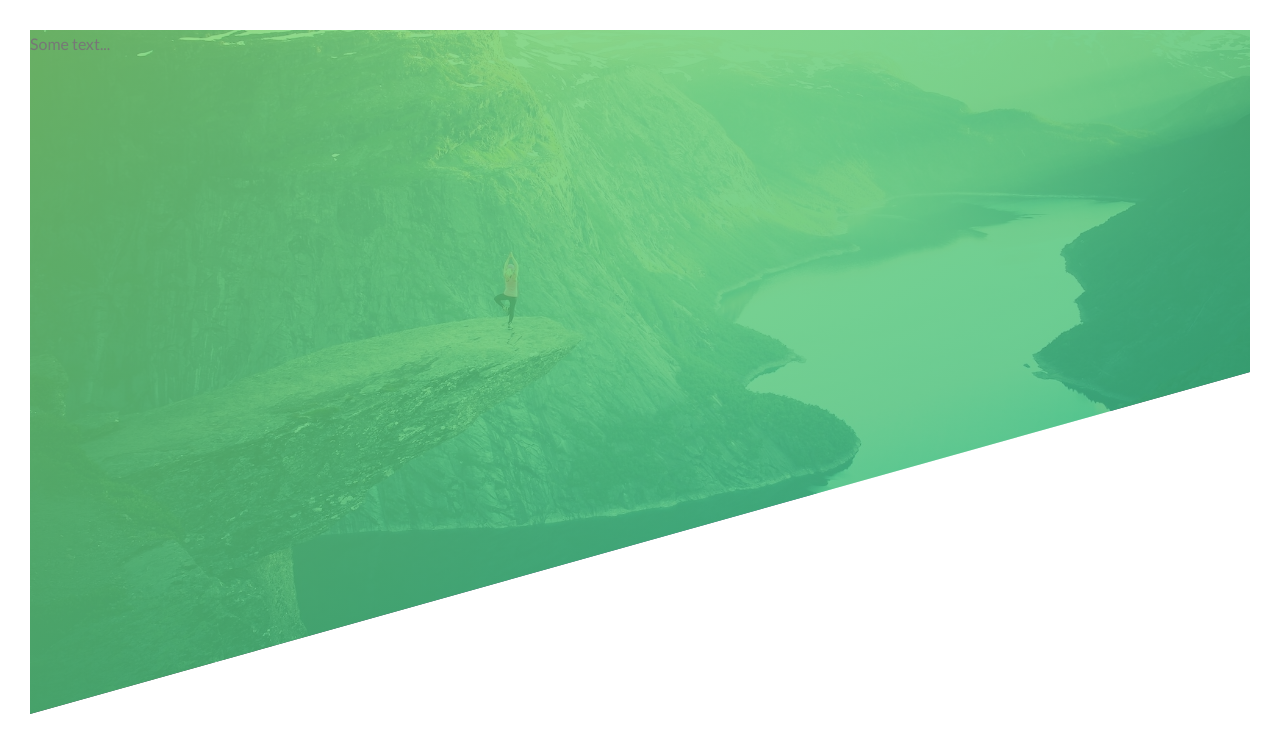
Repository: EGimenoS/natours
Page: index.html
These files come from the project's save history. The page is drawn as it stood at one moment and after the next save; the edit follows.
The browser window is 1280 px wide. The pictures show the whole page.

Above is the page before, as saved 2020-04-16 18:33:54.

### index.html
<!DOCTYPE html>
<html lang="en">
  <head>
    <meta charset="UTF-8" />
    <meta name="viewport" content="width=device-width, initial-scale=1.0" />

    <link
      href="https://fonts.googleapis.com/css?family=Lato:100,300,400,700,900"
      rel="stylesheet"
    />

    <link rel="stylesheet" href="css/icon-font.css" />
    <link rel="stylesheet" href="css/style.css" />
    <link rel="shortcut icon" type="image/png" href="img/favicon.png" />

    <title>Natours | Exciting tours for adventurous people</title>
  </head>
  <body>
    <header class="header">
      Some text...
    </header>
  </body>
</html>

### css/style.css
/*
COLORS:

Light green: #7ed56f
Medium green: #55c57a
Dark green: #28b485

*/

/* Reset */
* {
  margin: 0;
  padding: 0;
  box-sizing: border-box;
}

body {
  font-family: "Lato", sans-serif;
  font-weight: 400;
  font-size: 16px;
  line-height: 1.7;
  color: #777;
  padding: 30px;
}

.header {
  height: 95vh;
  background-image: linear-gradient(
      to right bottom,
      rgba(126, 213, 111, 0.8),
      rgba(40, 180, 131, 0.8)
    ),
    url("../img/hero.jpg");
  background-size: cover;
  background-position: top;
  clip-path: polygon(0 0, 100% 0, 100% 50%, 0 100%);
}

Loaded but not shown: css/icon-font.css (no copy from this time; the picture is the same without it)

After the next save:
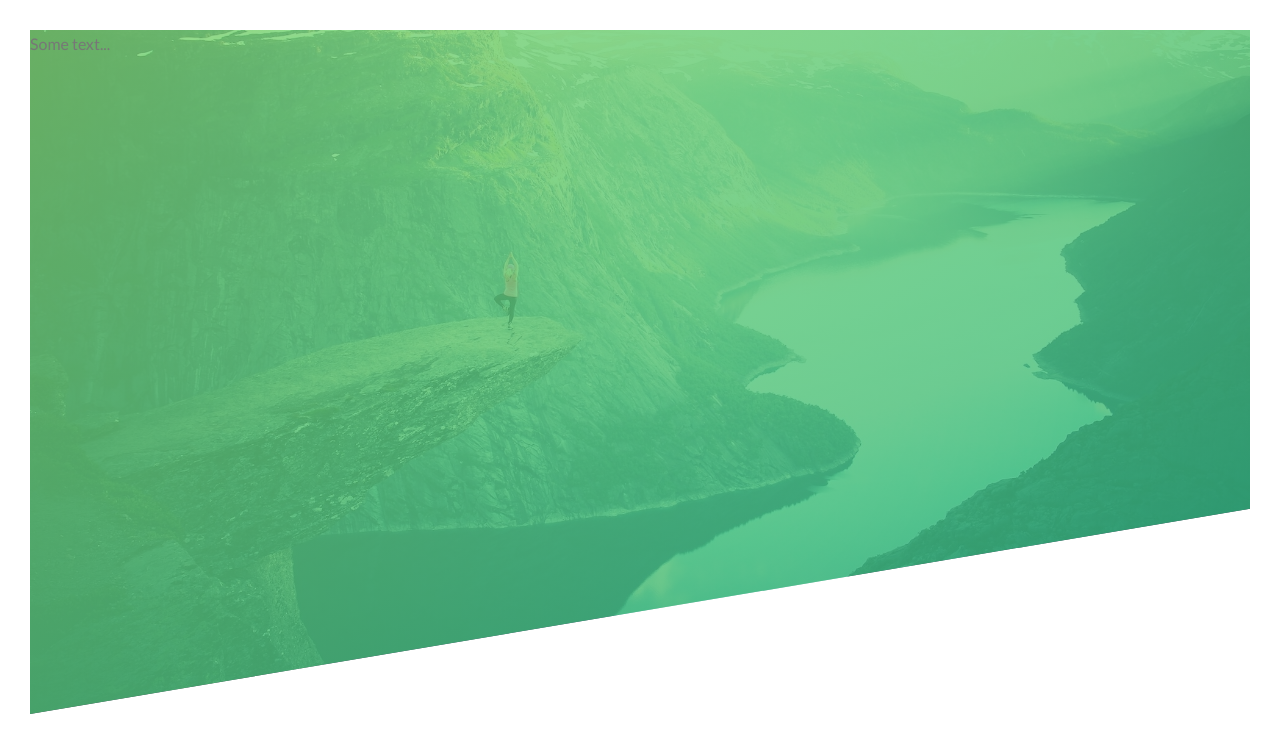
Saved 17 s later.
--- a/css/style.css
+++ b/css/style.css
@@ -33,5 +33,5 @@
     url("../img/hero.jpg");
   background-size: cover;
   background-position: top;
-  clip-path: polygon(0 0, 100% 0, 100% 50%, 0 100%);
+  clip-path: polygon(0 0, 100% 0, 100% 70%, 0 100%);
 }
